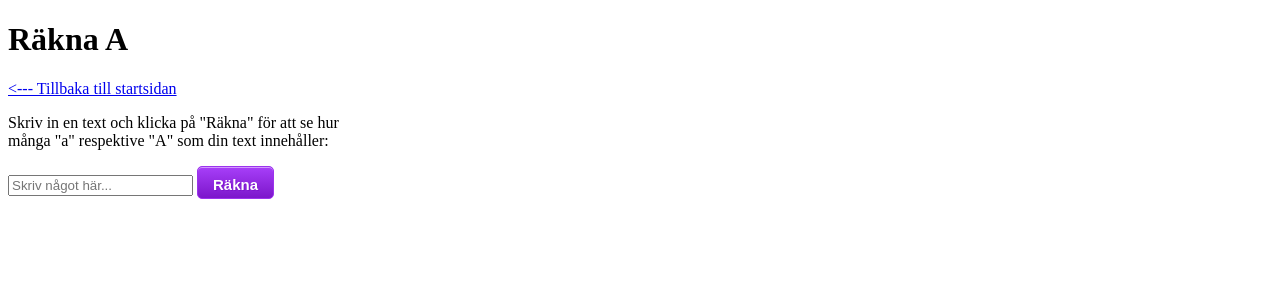
Repository: CarroForslund/laboration-1-1dv404
Page: raknaa/index.html
The author's editor kept a record of every edit. The page is drawn from the files as they stood at one moment, then again after the next edit.
The browser window is 1280 px wide. The pictures show the whole page.

Above is the page before.

After the next edit:
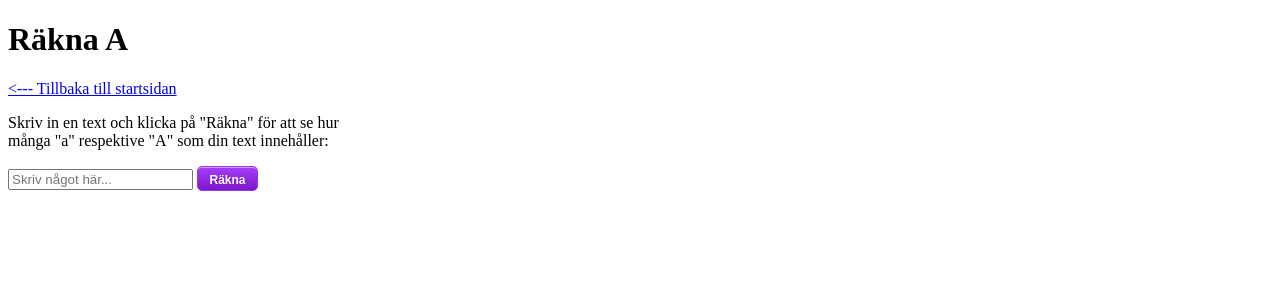
The edit:
--- a/style.css
+++ b/style.css
@@ -27,12 +27,12 @@
 	display:inline-block;
 	color:#ffffff;
 	font-family:Arial;
-	font-size:15px;
+	font-size:12px;
 	font-weight:bold;
 	font-style:normal;
-	height:33px;
-	line-height:33px;
-	width:77px;
+	height:25px;
+	line-height:25px;
+	width:61px;
 	text-decoration:none;
 	text-align:center;
 	text-shadow:1px 1px 0px #7d15cd;
@@ -45,3 +45,4 @@
 }.button:active {
 	position:relative;
 	top:1px;
+}
